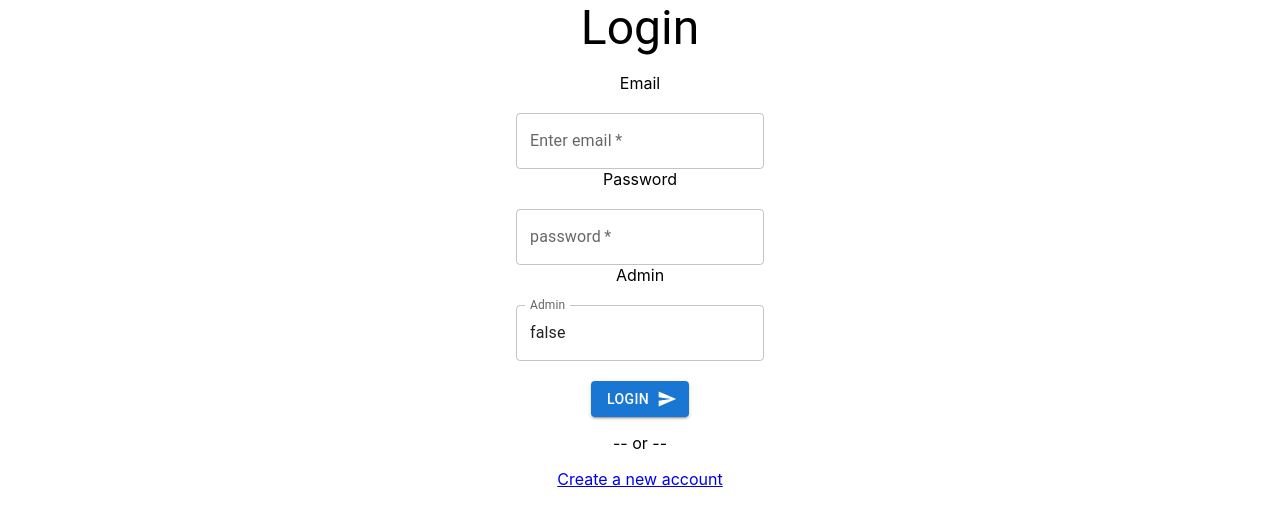
Repository: nj10deadend/mern-w-auth-app
Page: / (app in frontend/store/)
The author's editor kept a copy of each file at every save. The page is drawn from the files as they stood at one save, then again after the next save.
The browser window is 1280 px wide. The pictures show the whole page.
The page's requests for data from a server got no answer. The project was rebuilt for these pictures with package versions that can differ from the ones it lists, and the page was loaded fresh each time. No one was signed in, and anything a server would have sent is missing. Also part of the build but not shown: frontend/store/src/components/Items.js, frontend/store/src/components/Registration.js, frontend/store/src/AuthenticatedApp.js.

Above is the page before, as saved 2022-01-06 23:39:01.

### frontend/store/src/App.js
import './App.css';
import { UserProvider } from './context/UserDataContext';
import Home from './Home';

function App() {

  return (
    <UserProvider>
      <Home />
    </UserProvider>
  );
}

export default App;

### frontend/store/src/context/UserDataContext.js
import { createContext } from 'react';
import {useContext} from 'react';
import {useState, useEffect} from 'react';
import {useMemo} from 'react';

export const UserDataContext = createContext();

console.log(UserDataContext);
export const UserProvider = ({children}) => {

    const [currentUser, setCurrentUser] = useState(null);
    const [authChecked, setAuthChecked] = useState(false);


    const [name, setName] = useState("");
    const [email, setEmail] = useState("");
    const [password, setPassword] = useState("");
    const [admin, setAdmin] = useState(false);
    const [jwtToken, setJwtToken] = useState("private-key");



    return (
        //// value is almost always an object unless there is only one/////
        <UserDataContext.Provider
        value={{name, setName, email, setEmail, password, setPassword, admin, setAdmin, currentUser,
        setCurrentUser, authChecked, setAuthChecked, jwtToken, setJwtToken}}
        >

            {children}

        </UserDataContext.Provider>
    )
}

### frontend/store/src/Home.js
import './App.css';
import { BrowserRouter } from 'react-router-dom';
import { Route, Routes} from 'react-router-dom';
import {useState, useEffect} from 'react';
import axios from 'axios';
import UnauthenticatedApp from './UnauthenticatedApp';
import AuthenticatedApp from './AuthenticatedApp';
import { UserDataContext } from './context/UserDataContext';
import { useContext } from 'react';

function Home() {


  //// THIS
  const {currentUser, setCurrentUser, authChecked, setAuthChecked, jwtToken, setJwtToken} = useContext(UserDataContext);


  console.log(currentUser);
  console.log(jwtToken);
  function getCurrentUser () {

    axios.get('http://localhost:8080/user/me', {
      credentials: 'include'
    }).then(res => {
      if (res.ok) {
        res.json().then((user) => {
          console.log(user);
          setCurrentUser(user)
          setAuthChecked(true);
        })
      } else {
        setAuthChecked(true)
        console.log(authChecked);
        console.log("Unauthorized")
      }
    })

  }
  useEffect(getCurrentUser, []);

  if(currentUser !== null) {
    return (
      <div></div>
    )
  }
  console.log(currentUser);


  return (
      <div className="App">
        <BrowserRouter>
          <Routes>
            {currentUser ? (
              <Route path='*' element= {<AuthenticatedApp />}/> /// Needs currentUser and setCurrentUSer
            ): (
              <Route path='*'
              element={
                <UnauthenticatedApp
                // setCurrentUser={setCurrentUser}
                />
              }
              />
            )}
          </Routes>

        </BrowserRouter>
      </div>
  );
}

export default Home;

### frontend/store/src/UnauthenticatedApp.js
import { Routes, Route } from 'react-router-dom';
import Item from './components/Items';
import Login from './components/Login';
import Registration from './components/Registration';

function UnauthenticatedApp ({setCurrentUser}) {
    return (
        <Routes>
            <Route path='*' element={<Login />} />
            <Route path='/registration' element={<Registration />} />
            <Route path='/items' element={<Item />} />

        </Routes>
    )
}

export default UnauthenticatedApp;

### frontend/store/src/components/Login.js
import { useState } from 'react';
import { useNavigate, Link } from 'react-router-dom';
import { Routes, Route } from 'react-router-dom';
import axios from 'axios';
import Button from '@mui/material/Button';
import SendIcon from '@material-ui/icons/Send';
import TextField from '@mui/material/TextField';
import Typography from '@mui/material/Typography';
import Box from '@mui/material/Box';
// import { useContext } from 'react';
// import { UserProvider } from '../context/UserDataContext';
import { UserDataContext } from '../context/UserDataContext';
import { useContext } from 'react';
import Registration from './Registration';


function Login () {

    // const [email, setEmail] = useState("");
    // const [password, setPassword] = useState("");
    // const [admin, setAdmin] = useState(false);
    // // const [jwtToken, setJwtToken] = useState("");
    const {email, setEmail, password, setPassword, admin, setAdmin, currentUser, setCurrentUser, jwtToken, setJwtToken} = useContext(UserDataContext);

    console.log(email);
    console.log(password);

    console.log(jwtToken);


    const navigate = useNavigate();

    async function loginPostReq () {

        return await axios.post('http://localhost:8080/user/me', {
            email: email,
            password: password
        })
        .then(function (response) {
            console.log(response);
            setJwtToken(response.data);
            return response.data;
        })
        .catch(function (error) {
            console.log(error);
            return null;
        });
    }
    async function loginToAcc (event) {
        event.preventDefault();
        setEmail("");
        setPassword("");
        await loginPostReq();

    }


    return (
        <Box>
            <Typography variant='h3' component='div' gutterBottom>Login</Typography>
            <form>
                <Box>
                    <label htmlFor="email">Email</label>
                    <br></br>
                    <br></br>
                    <TextField required id="outlined-email-input1" label="Enter email"
                    variant="outlined"
                    onChange={(event) => {setEmail(event.target.value)}}
                    value = {email}
                    />

                </Box>
                <Box>
                    <label htmlFor="password">Password</label>
                    <br></br>
                    <br></br>
                    <TextField required id="outlined-password-input1" label="password" type="password"
                    variant="outlined"
                    onChange={(event) => {setPassword(event.target.value)}}
                    value = {password}
                    />
                </Box>

                <Box>
                    <label htmlFor="admin">Admin</label>
                    <br></br>
                    <br></br>
                    <TextField id="outlined-read-only-input1" label="Admin"
                    InputProps={{
                      readOnly: true,
                    }}
                    value = {admin}
                    />
                </Box>
                <br></br>
                <Button variant="contained" endIcon={<SendIcon />} type="submit">Login</Button>
            </form>

            <p>-- or --</p>
            <p><Link to="/registration">Create a new account</Link></p>


            <Routes>
                <Route path="/registration" element={<Registration />} />
            </Routes>


        </Box>
    )
}

export default Login;

Loaded but not shown: frontend/store/public/index.html (common file); frontend/store/src/index.js (common file); frontend/store/src/index.css (common file); frontend/store/src/reportWebVitals.js (common file); frontend/store/src/App.css (common file)

After the next save:
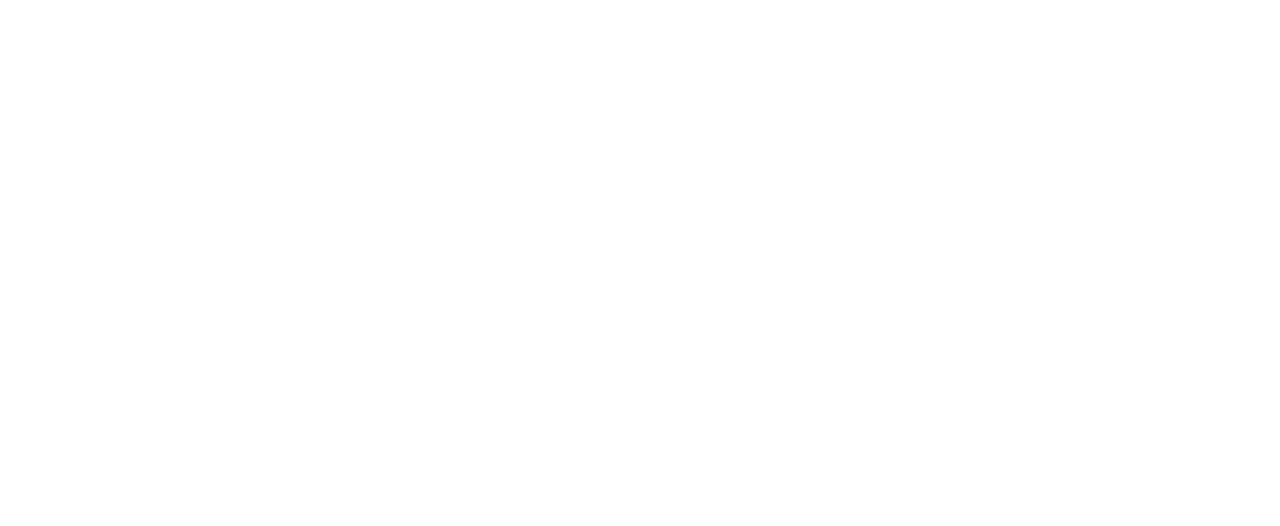
Saved 11 min 57 s later.
--- a/frontend/store/src/UnauthenticatedApp.js
+++ b/frontend/store/src/UnauthenticatedApp.js
@@ -6,7 +6,9 @@
 function UnauthenticatedApp ({setCurrentUser}) {
     return (
         <Routes>
-            <Route path='*' element={<Login />} />
+            {/* <Route path='*' element={<Login />} /> */}
+            <Route path='/login' element={<Login />} />
+
             <Route path='/registration' element={<Registration />} />
             <Route path='/items' element={<Item />} />
 

After the save that followed:
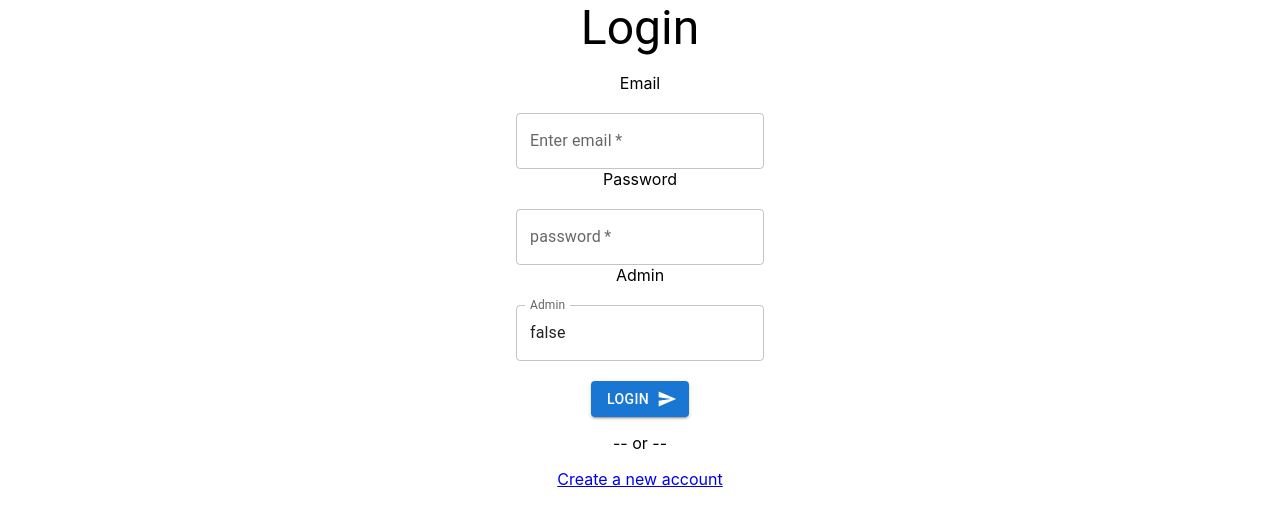
Saved 41 s later.
--- a/frontend/store/src/UnauthenticatedApp.js
+++ b/frontend/store/src/UnauthenticatedApp.js
@@ -6,8 +6,8 @@
 function UnauthenticatedApp ({setCurrentUser}) {
     return (
         <Routes>
-            {/* <Route path='*' element={<Login />} /> */}
-            <Route path='/login' element={<Login />} />
+            <Route path='*' element={<Login />} />
+            {/* <Route path='/login' element={<Login />} /> */}
 
             <Route path='/registration' element={<Registration />} />
             <Route path='/items' element={<Item />} />
